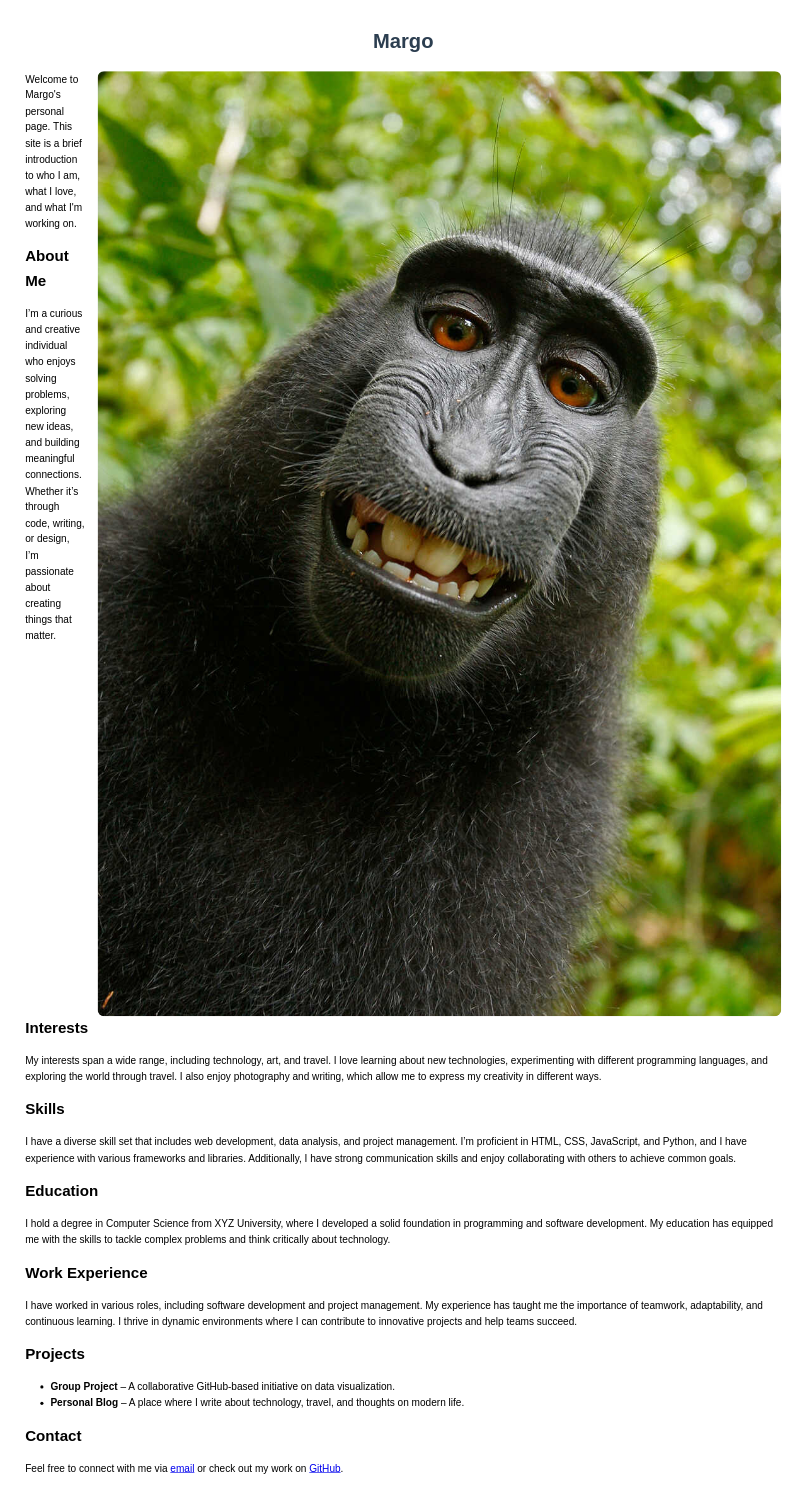
Repository: margo-m-chen/group_project
Page: my_file.html
An editor plug-in stored every save of this project. The page is shown before and after the next save, followed by the edit.
The browser window is 1280 px wide. The pictures show the whole page, at 63% of full size.

Above is the page before, as saved 2025-07-18 14:00:37.

### my_file.html
<!DOCTYPE html>
<html lang="en">

<head>
    <meta charset="UTF-8">
    <title>Margo</title>
    <style>
        body {
            font-family: Arial, sans-serif;
            margin: 40px;
            line-height: 1.6;

        }

        h1 {
            color: #2c3e50;
        }
    </style>
</head>

<body>
    <h1 style="text-align: center;">Margo</h1>



    <img src="photo.jpg" alt="Margo's Photo" style="float: right; margin-left: 20px; border-radius: 10px;">

    <p>
        Welcome to Margo's personal page. This site is a brief introduction to who I am, what I love, and what I'm
        working on.
    </p>
    <h2>About Me</h2>
    <p>
        I’m a curious and creative individual who enjoys solving problems, exploring new ideas, and building meaningful
        connections.
        Whether it’s through code, writing, or design, I’m passionate about creating things that matter.
    </p>
    <h2>Interests</h2>
    <p>
        My interests span a wide range, including technology, art, and travel. I love learning about new technologies,
        experimenting with different programming languages, and exploring the world through travel.
        I also enjoy photography and writing, which allow me to express my creativity in different ways.
    </p>
    <h2>Skills</h2>
    <p>
        I have a diverse skill set that includes web development, data analysis, and project management. I’m proficient
        in
        HTML, CSS, JavaScript, and Python, and I have experience with various frameworks and libraries.
        Additionally, I have strong communication skills and enjoy collaborating with others to achieve common goals.

    </p>

    <h2>Education</h2>

    <p>
        I hold a degree in Computer Science from XYZ University, where I developed a solid foundation in programming and
        software development.
        My education has equipped me with the skills to tackle complex problems and think critically about technology.
    </p>


    <h2>Work Experience</h2>
    <p>
        I have worked in various roles, including software development and project management. My experience has taught
        me the importance of teamwork, adaptability, and continuous learning.
        I thrive in dynamic environments where I can contribute to innovative projects and help teams succeed.
    </p>


    <h2>Projects</h2>
    <ul>
        <li><strong>Group Project</strong> – A collaborative GitHub-based initiative on data visualization.</li>
        <li><strong>Personal Blog</strong> – A place where I write about technology, travel, and thoughts on modern
            life.</li>
    </ul>
    <h2>Contact</h2>
    <p>
        Feel free to connect with me via <a href="mailto:margo.m.chen@hsbc.com.cn">email</a> or check out my work on <a
            href="https://github.com/margo-m-chen" target="_blank">GitHub</a>.
    </p>
</body>

</html>

After the next save:
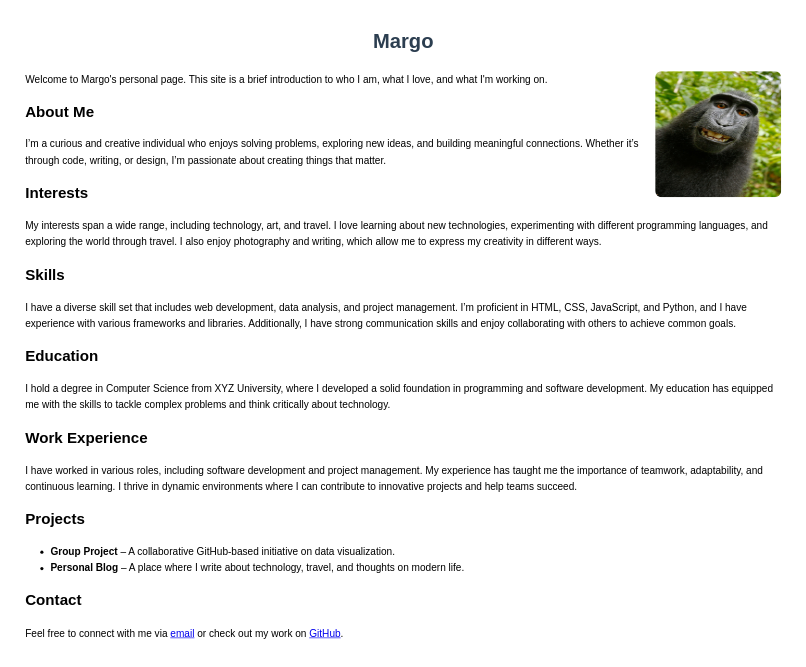
Saved 38 s later.
--- a/my_file.html
+++ b/my_file.html
@@ -23,7 +23,8 @@
 
 
 
-    <img src="photo.jpg" alt="Margo's Photo" style="float: right; margin-left: 20px; border-radius: 10px;">
+    <img src="photo.jpg" alt="Margo's Photo"
+        style="float: right; margin-left: 20px; border-radius: 10px;width: 200px; height: 200px;">
 
     <p>
         Welcome to Margo's personal page. This site is a brief introduction to who I am, what I love, and what I'm
